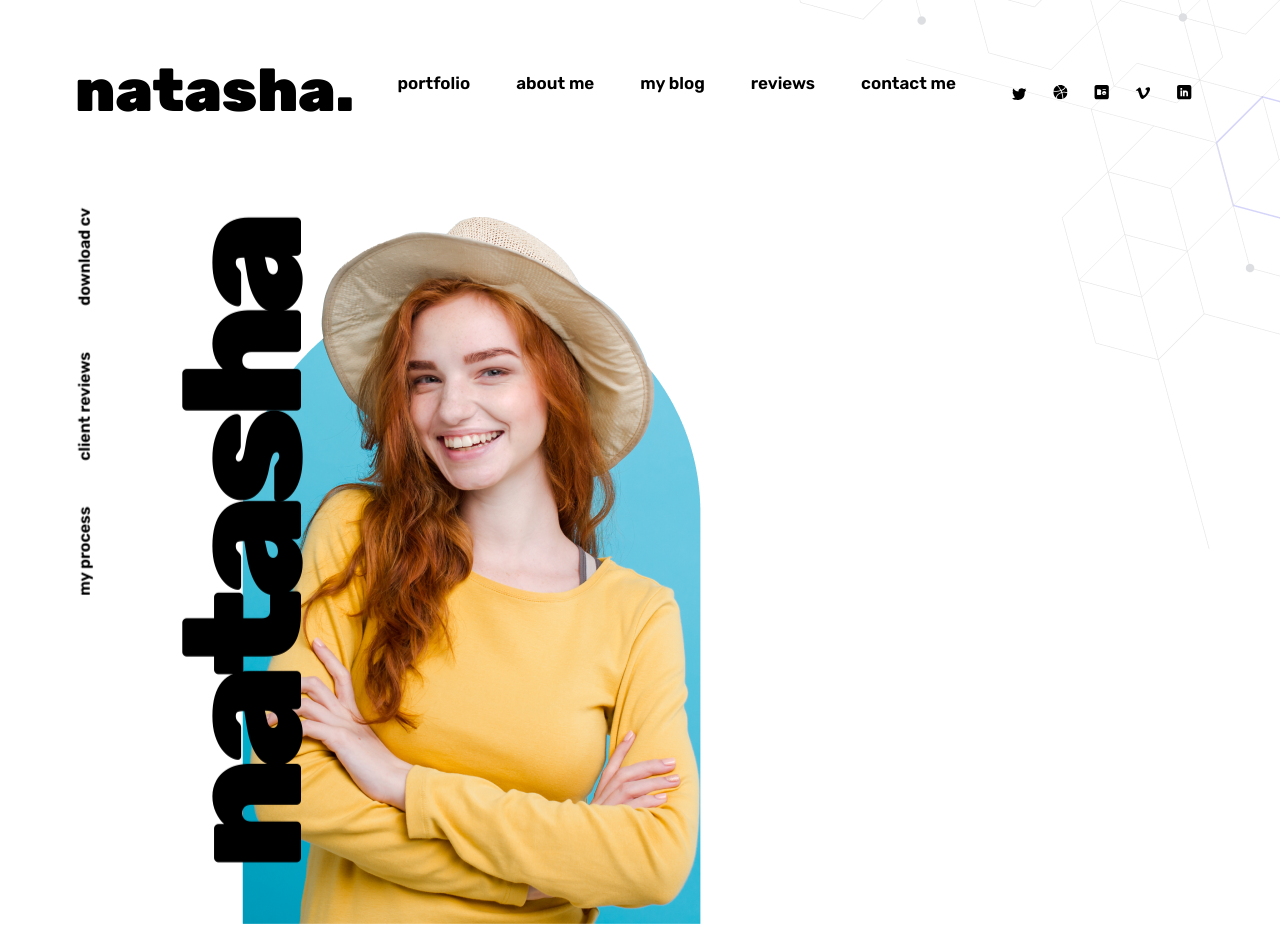
Repository: BuduCE/landing-page
Page: natasha-lp/index.html
An editor plug-in stored every save of this project. The page is shown before and after the next save, followed by the edit.
The browser window is 1280 px wide. The pictures show the whole page.

Above is the page before, as saved 2022-03-04 22:27:14.

After the next save:
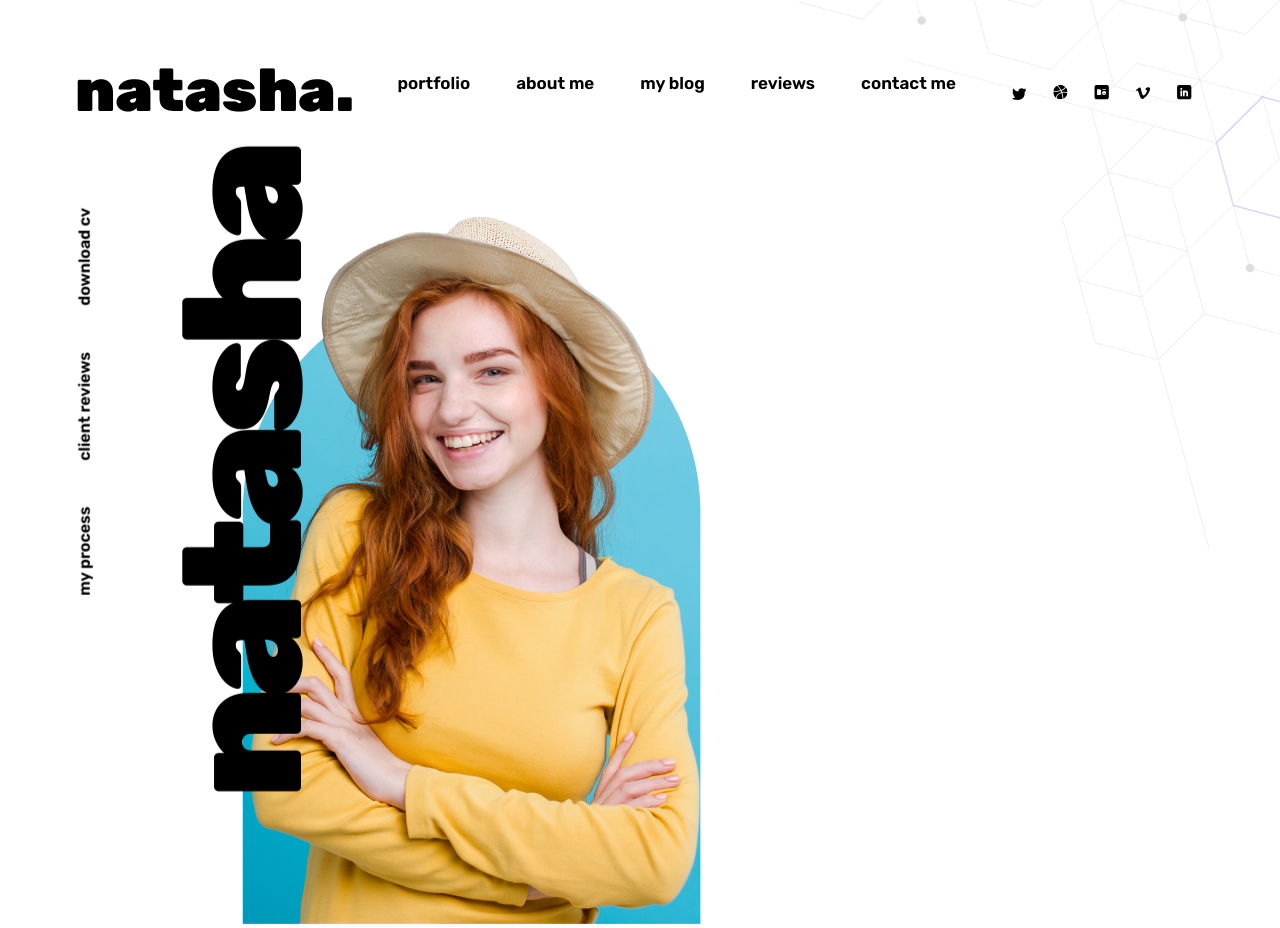
Saved 4 s later.
--- a/natasha-lp/assets/css/style.css
+++ b/natasha-lp/assets/css/style.css
@@ -86,7 +86,7 @@ header {
 .natasha_img {
     position: relative;
     width: 28.599rem;
-    height: ;
+    height: 40.001rem;
 }
 
 .natasha_img h1 {
